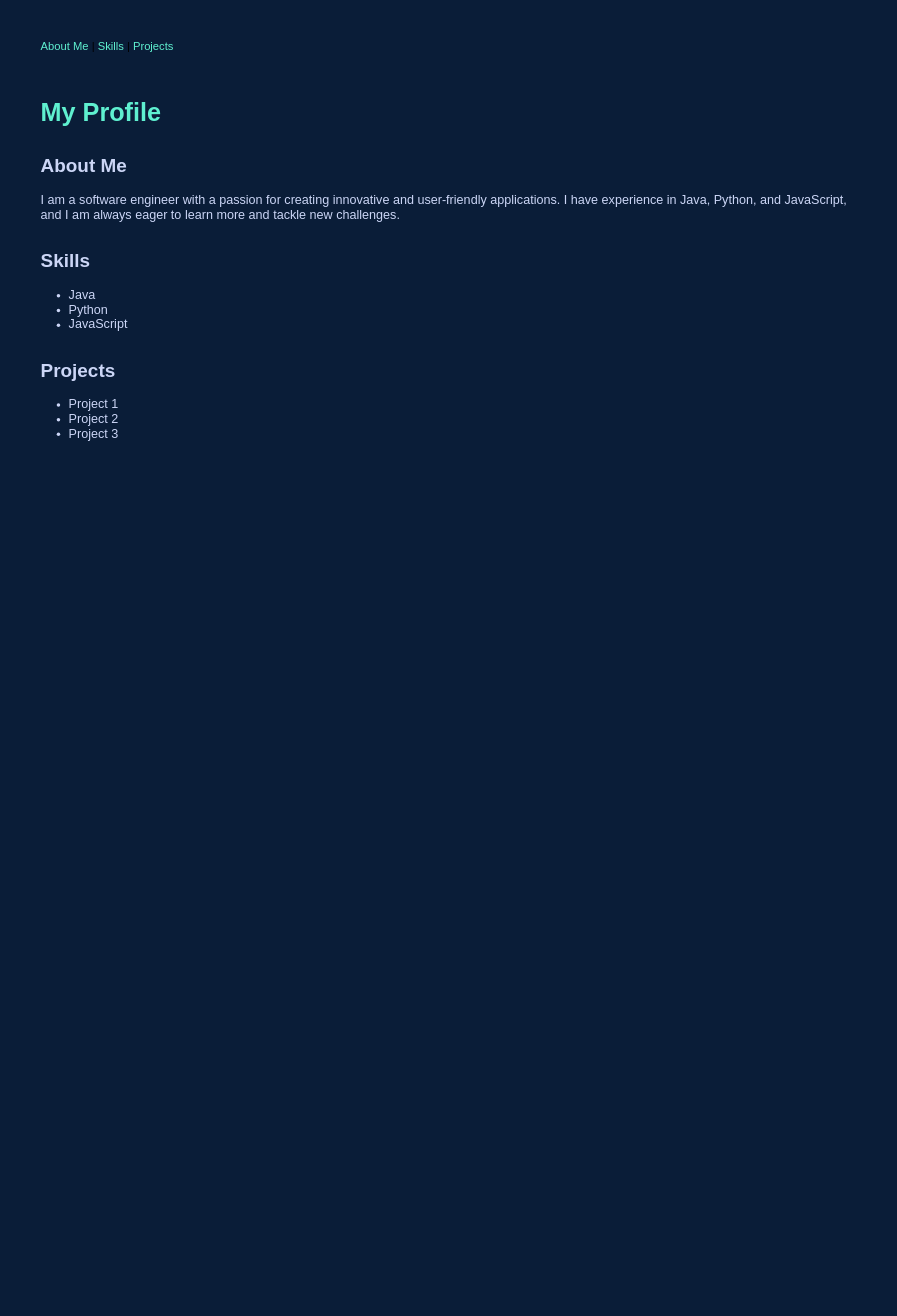
Repository: aoineco/portfolio
Page: index.html
These files come from the project's save history. The page is drawn as it stood at one moment and after the next save; the edit follows.
The browser window is 1280 px wide. The page is 1282 px wide, so the pictures cover 1282 px, including what lies to the right of the window. The pictures show the part of the page from y = 0 to 1880 px (the page is 15520 px tall before and 15738 px after), at 70% of full size.

Above is the page before, as saved 2023-02-10 11:37:07.

After the next save:
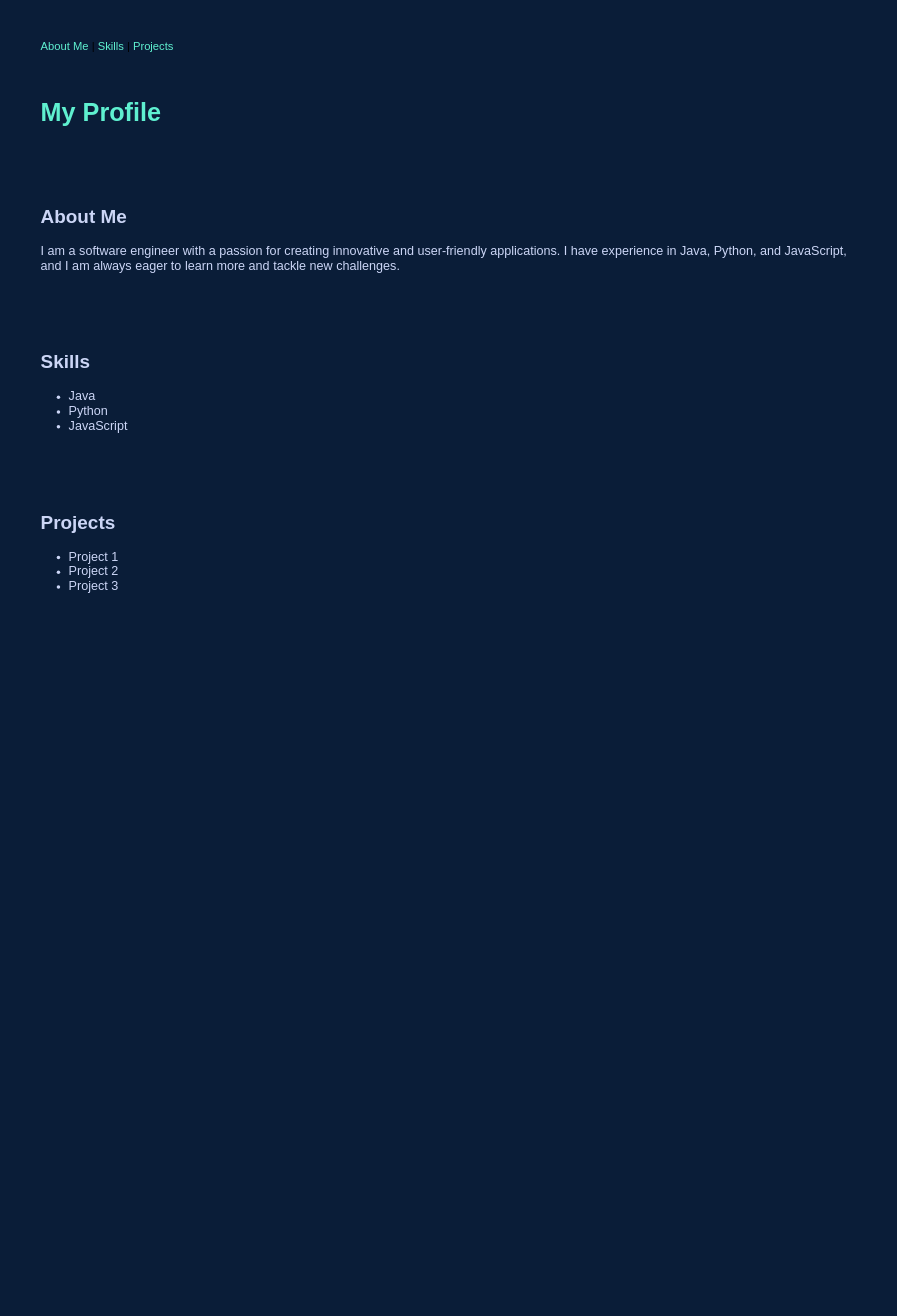
Saved 2 min 41 s later.
--- a/style.css
+++ b/style.css
@@ -1,19 +1,23 @@
 body {
-  font-family: Arial, sans-serif;
-  padding: 30px;
-  background-color: #0a1d38;
+    font-family: Arial, sans-serif;
+    padding: 30px;
+    background-color: #0a1d38;
 }
+
 h1 {
     font-size: 36px;
     margin-bottom: 20px;
     color: #5ff0d0;
 
 }
+
 section {
+    padding-top: 50px;
     font-size: 18px;
     margin-bottom: 20px;
     color: #ccd6f6;
 }
+
 nav a {
     color: #5ff0d0;
     text-decoration: none;
